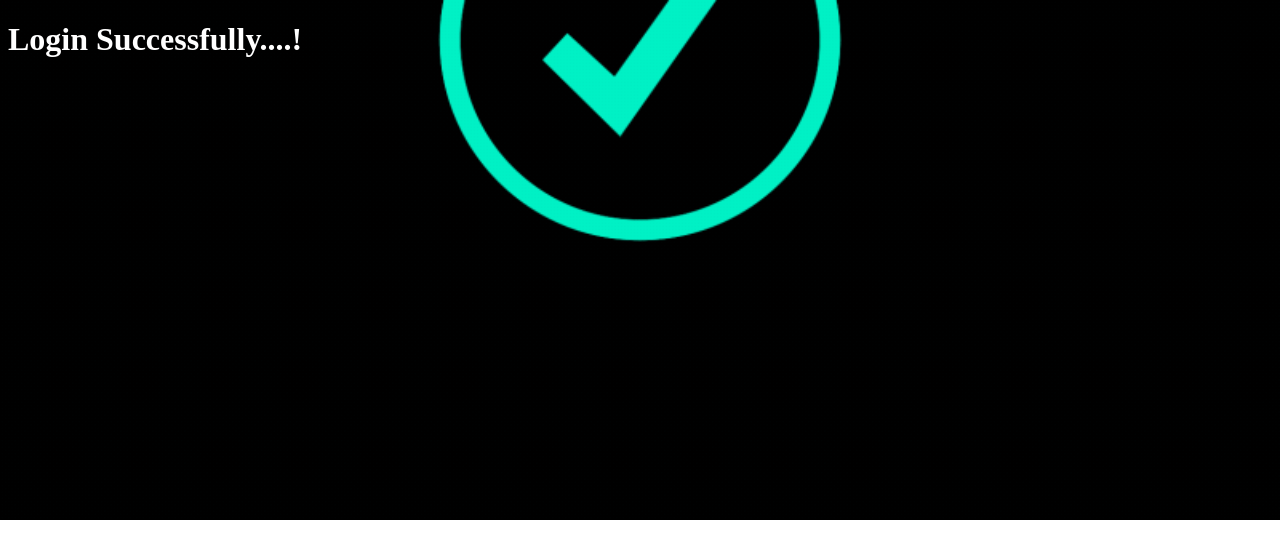
Repository: Kartik-Karle51/OIBSIP
Page: Login_Authentication/LoginAuthentication/src/main/webapp/success.html
These files come from the project's save history. The page is drawn as it stood at one moment and after the next save; the edit follows.
The browser window is 1280 px wide. The pictures show the whole page.

Above is the page before, as saved 2024-12-06 18:10:21.

### Login_Authentication/LoginAuthentication/src/main/webapp/success.html
<!DOCTYPE html>
<html>
<head>
<meta charset="UTF-8">
<title>Insert title here</title>
<style type="text/css">
body{
background-image: url("Check mark animation.gif");
background-position: center;
background-size: cover;
background-repeat: no-repeat;
}
h1{
color:white;
}
</style>

</head>
<body >
<h1>Login Successfully....!</h1>
</body>
</html>

After the next save:
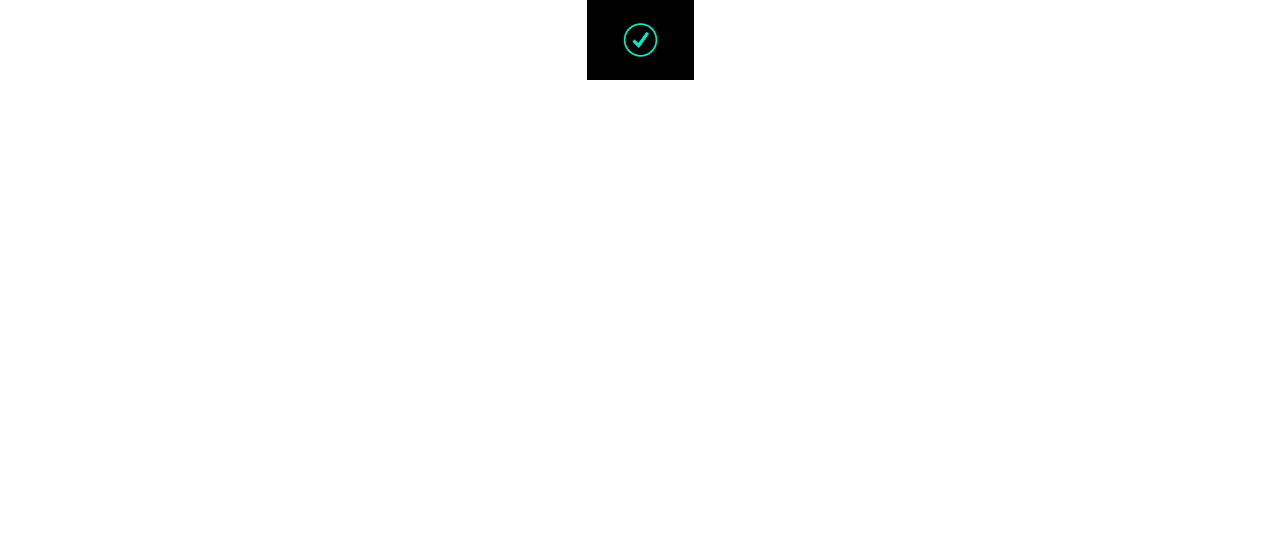
Saved 19 s later.
--- a/Login_Authentication/LoginAuthentication/src/main/webapp/success.html
+++ b/Login_Authentication/LoginAuthentication/src/main/webapp/success.html
@@ -7,7 +7,7 @@
 body{
 background-image: url("Check mark animation.gif");
 background-position: center;
-background-size: cover;
+background-size: contain;
 background-repeat: no-repeat;
 }
 h1{

After the save that followed:
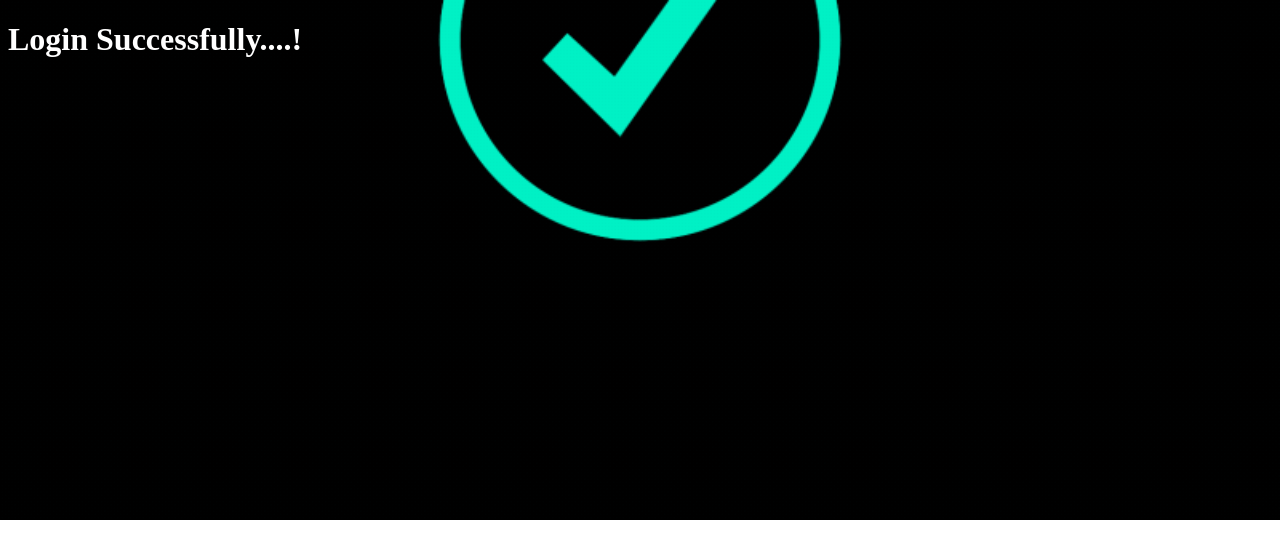
Saved 31 s later.
--- a/Login_Authentication/LoginAuthentication/src/main/webapp/success.html
+++ b/Login_Authentication/LoginAuthentication/src/main/webapp/success.html
@@ -7,7 +7,7 @@
 body{
 background-image: url("Check mark animation.gif");
 background-position: center;
-background-size: contain;
+background-size: 100%;
 background-repeat: no-repeat;
 }
 h1{
